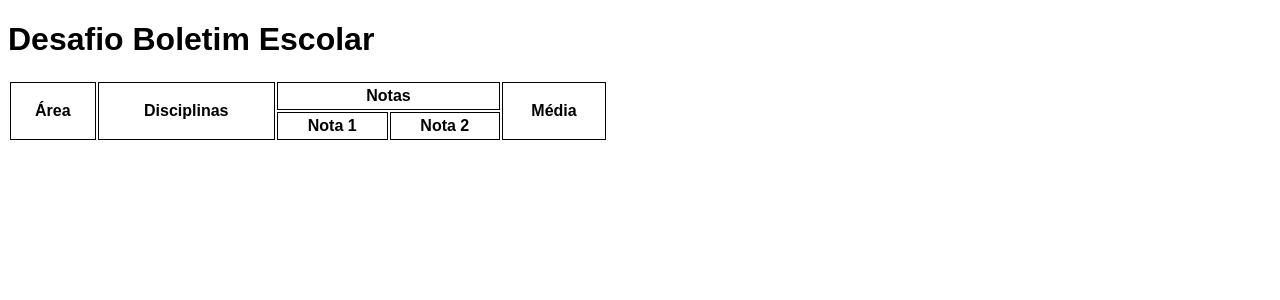
Repository: railsondev/html-css
Page: Módulo3/Desafio/D05 - Tabela Boletim escolar/boletim.html
The author's editor kept a copy of each file at every save. The page is drawn from the files as they stood at one save, then again after a run of saves.
The browser window is 1280 px wide. The pictures show the whole page.

Above is the page before, as saved 2024-10-22 12:21:42.

### Módulo3/Desafio/D05 - Tabela Boletim escolar/boletim.html
<!DOCTYPE html>
<html lang="en">
<head>
  <meta charset="UTF-8">
  <meta name="viewport" content="width=device-width, initial-scale=1.0">
  <title>Tabelas</title>
  <link rel="stylesheet" href="src/css/estilo.css">
</head>
<body>
  <h1>Desafio Boletim Escolar</h1>
  <table>
    <thead>
      <tr>
        <th rowspan="2" scope="rowgroup">Área</th>
        <th rowspan="2" scope="rowgroup">Disciplinas</tg>
        <th colspan="2" scope="colgroup">Notas</th>
        <th rowspan="2" scope="rowgroup">Média</th>
      </tr>
      <tr>
        <th>Nota 1</th>
        <th>Nota 2</th>
      </tr>
    </thead>
    <tbody>
      </tr>
    </tbody>
  </table>
</body>
</html>

### Módulo3/Desafio/D05 - Tabela Boletim escolar/src/css/estilo.css
@charset 'UTF-8';

body {
  font-family: Arial, Helvetica, sans-serif;
}
table {
  border-collapse: separate;
  width: 600px;
}

td, th {
  border: 1px solid black;
  padding: 4px;
}

After the next 2 saves:
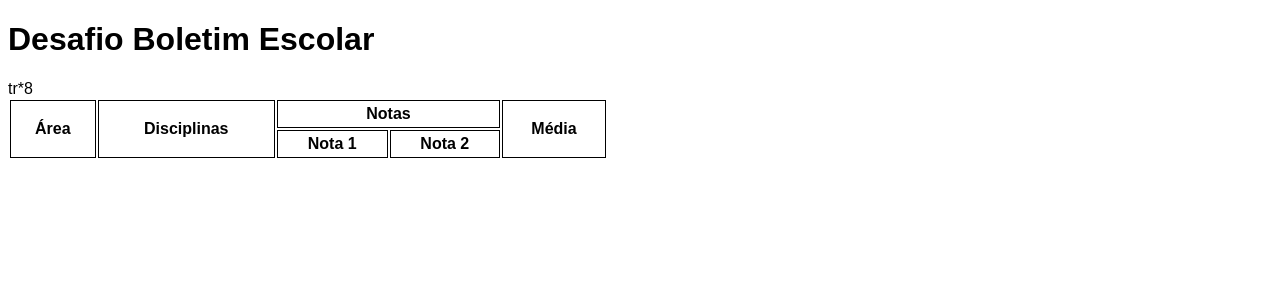
The 2 saves are shown as one change because they came seconds apart.
The last was saved 7 s later.
--- a/Módulo3/Desafio/D05 - Tabela Boletim escolar/boletim.html
+++ b/Módulo3/Desafio/D05 - Tabela Boletim escolar/boletim.html
@@ -22,7 +22,8 @@
       </tr>
     </thead>
     <tbody>
-      </tr>
+      tr*8
+
     </tbody>
   </table>
 </body>
